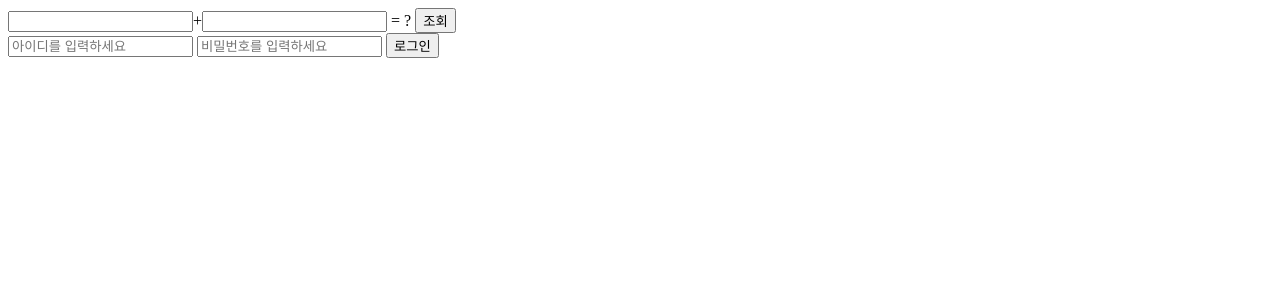
Repository: yyy5044/BackendPractice
Page: BE_01/src/main/webapp/index.html
The author's editor kept a copy of each file at every save. The page is drawn from the files as they stood at one save, then again after the next save.
The browser window is 1280 px wide. The pictures show the whole page.

Above is the page before, as saved 2026-04-20 08:02:07.

After the next save:
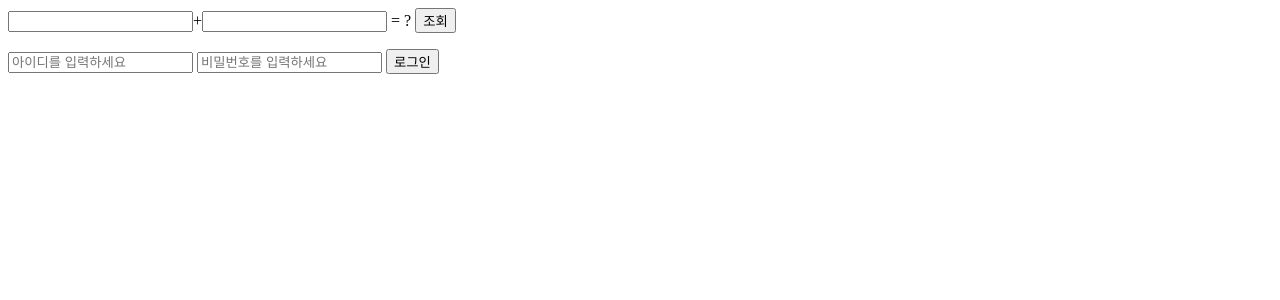
Saved 26 s later.
--- a/BE_01/src/main/webapp/index.html
+++ b/BE_01/src/main/webapp/index.html
@@ -9,6 +9,7 @@
 		<input type="number" name="num1">+<input type="number" name="num2"> = ?
 		<button type="submit">조회</button>
 	</form>
+	<p></p>
 	<form action="/BE_01/login" method="post">
 		<input type="text" placeholder="아이디를 입력하세요" name="id" />
 		<input type="password" placeholder="비밀번호를 입력하세요" name="pass" />
